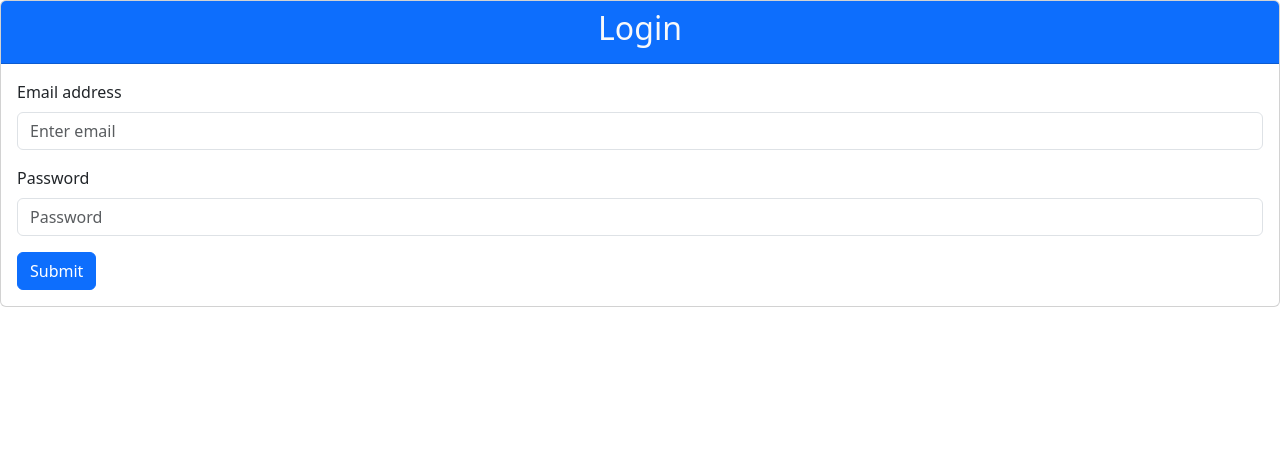
Repository: trider/react-task-app
Page: /
These files come from the project's save history. The page is drawn as it stood at one moment and after the next save; the edit follows.
The browser window is 1280 px wide. The pictures show the whole page.
The project was rebuilt for these pictures with package versions that can differ from the ones it lists, and the page was loaded fresh each time.

Above is the page before, as saved 2024-05-02 16:16:13.

After the next save:
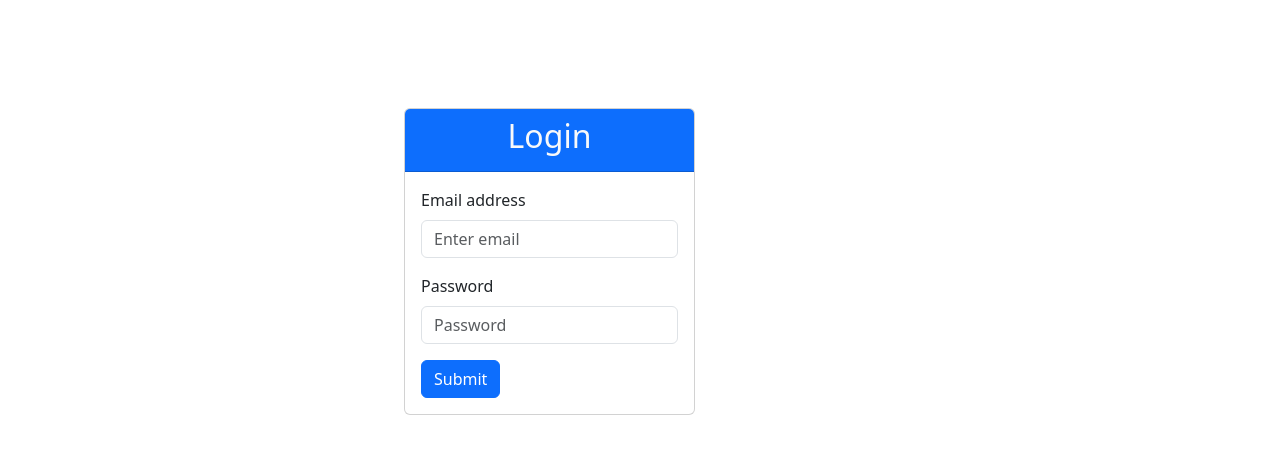
Saved 60 s later.
--- a/src/pages/Login.js
+++ b/src/pages/Login.js
@@ -1,5 +1,6 @@
 
 import Button from 'react-bootstrap/Button';
+import Container from 'react-bootstrap/Container';
 import Form from 'react-bootstrap/Form';
 import Card from 'react-bootstrap/Card';
 
@@ -7,32 +8,41 @@ import Card from 'react-bootstrap/Card';
 
 
 
-const LoginForm =()=> {
+const LoginForm = () => {
   return (
-  <Card className='card-sm'>
-    <Card.Header className='bg-primary text-light text-center' >
-      <h2>Login</h2>
-    </Card.Header>
-    <Card.Body>
-    <Form>
-      <Form.Group className="mb-3" controlId="formBasicEmail">
-        <Form.Label>Email address</Form.Label>
-        <Form.Control type="email" placeholder="Enter email" />
-      </Form.Group>
+    <div className='mx-auto p-2' style={{ marginTop: '100px', width: '40%' }}>
+      <Container fluid className='container-lg d-lg-flex'>
+        <Card className='card-sm'>
+          <Card.Header className='bg-primary text-light text-center' >
+            <h2>Login</h2>
+          </Card.Header>
+          <Card.Body>
+            <Form>
+              <Form.Group className="mb-3" controlId="formBasicEmail">
+                <Form.Label>Email address</Form.Label>
+                <Form.Control type="email" placeholder="Enter email" />
+              </Form.Group>
 
-      <Form.Group className="mb-3" controlId="formBasicPassword">
-        <Form.Label>Password</Form.Label>
-        <Form.Control type="password" placeholder="Password" />
-      </Form.Group>
+              <Form.Group className="mb-3" controlId="formBasicPassword">
+                <Form.Label>Password</Form.Label>
+                <Form.Control type="password" placeholder="Password" />
+              </Form.Group>
 
-      <Button variant="primary" type="submit">
-        Submit
-      </Button>
-    </Form>
-    </Card.Body>
-  </Card>
+              <Button variant="primary" type="submit">
+                Submit
+              </Button>
+            </Form>
+          </Card.Body>
+        </Card>
 
-  );
+      </Container>
+    </div>
+
+
+
+
+
+      );
 }
 
-export default LoginForm;
+      export default LoginForm;
